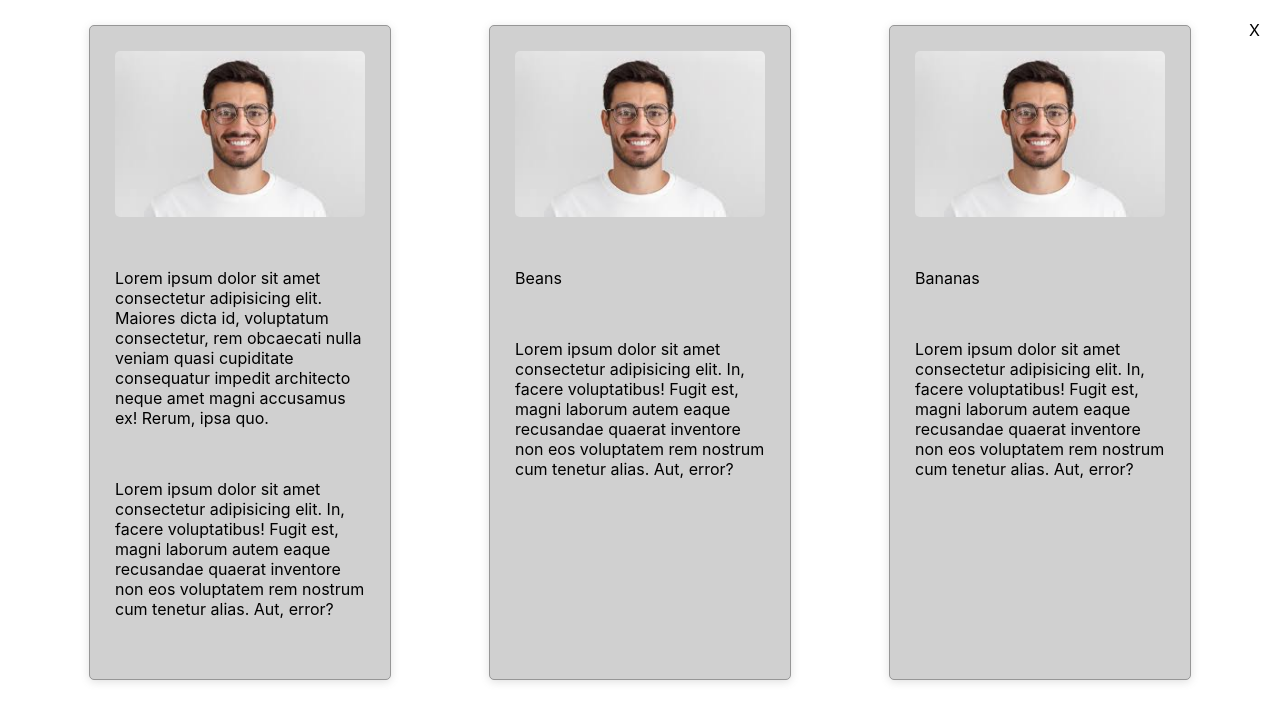
Repository: mikelnorth/team-profile-demo
Page: /
The author's editor kept a copy of each file at every save. The page is drawn from the files as they stood at one save, then again after the next save.
The browser window is 1280 px wide. The pictures show the whole page.
The project was rebuilt for these pictures with package versions that can differ from the ones it lists, and the page was loaded fresh each time. Also part of the build but not shown: src/pages/Person.js.

Above is the page before, as saved 2022-05-19 21:02:33.

### src/index.js
import React from 'react';
import ReactDOM from 'react-dom/client';
import { BrowserRouter, Routes, Route } from 'react-router-dom';
import './index.css';
import People from './pages/People';
import Person from './pages/Person';
import reportWebVitals from './reportWebVitals';
import Layout from './Layout/Layout'

const root = ReactDOM.createRoot(document.getElementById('root'));
root.render(
  <React.StrictMode>
    <BrowserRouter>
      <Routes>
        <Route element={<Layout />}>
          <Route path="/" element={<People />}/>
          <Route path="/person/:id" element={<Person />}/>
        </Route>
      </Routes>
    </BrowserRouter>
  </React.StrictMode>
);

// If you want to start measuring performance in your app, pass a function
// to log results (for example: reportWebVitals(console.log))
// or send to an analytics endpoint. Learn more: https://bit.ly/CRA-vitals
reportWebVitals();

### src/pages/People.js
import { useState } from 'react';
import './People.scss';
import Card from '../components/Card';
import { getPeople } from '../api/personApi.js';
import React from 'react';

function People() {

  const [people] = useState(getPeople());

  return (
    <>

        {people.map((person) => {
          return <Card person={person}></Card>
        })}

    </>
  );
}

export default People;

### src/Layout/Layout.js
import React from 'react'
import './Layout.scss'
import { Outlet } from 'react-router'


export default function Layout() {
  return (
    <>
      <nav className="nav">X</nav>
      <main>
        <Outlet />
      </main>
    </>
  )
}

### src/components/Card.js
import headshot from "../assets/images/stock-head.jpeg";
import './Card.scss';

export default function Card({person}) {
  const {id, image, text} = person;

  return (
    <section className="card" key={id}>
      <img src={image} alt="headshot" />
      <p>
        {text}
      </p>
      <p>
        Lorem ipsum dolor sit amet consectetur adipisicing elit. In, facere
        voluptatibus! Fugit est, magni laborum autem eaque recusandae quaerat
        inventore non eos voluptatem rem nostrum cum tenetur alias. Aut, error?
      </p>
    </section>
  );
}

### src/api/personApi.js
import headshot from "../assets/images/stock-head.jpeg"

const people = [
  {
    id: 1,
    image: headshot,
    text: "Lorem ipsum dolor sit amet consectetur adipisicing elit. Maiores dicta id, voluptatum consectetur, rem obcaecati nulla veniam quasi cupiditate consequatur impedit architecto neque amet magni accusamus ex! Rerum, ipsa quo."
  },
  {
    id: 2,
    image: headshot,
    text: "Beans"
  },
  {
    id: 3,
    image: headshot,
    text: "Bananas"
  }
];

export function getPeople() {
  return people;
}

export function getPerson(id) {
  return people.find(person => person.id === +id);
}

### src/Layout/Layout.scss
nav {
  position: absolute;
  top: 20px;
  right: 20px;
}

main {
  display: flex;
  justify-content: space-around;
  max-width: 1200px;
  margin: auto;
  padding: 25px;
}

### src/components/Card.scss
.card {
  display: flex;
  flex-direction: column;
  width: 250px;
  padding: 25px;
  background-color: #d0d0d0;
  border: 1px solid #969696;
  border-radius: 5px;
  box-shadow: rgba(99, 99, 99, 0.2) 0px 2px 8px 0px;

  img {
    border-radius: 5px;
  }

  p, img {
    margin-bottom: 35px;
  }
}

Loaded but not shown: public/index.html (common file); src/index.css (common file); src/reportWebVitals.js (common file); src/pages/People.scss (no stored copy; drawn as an empty file)

After the next save:
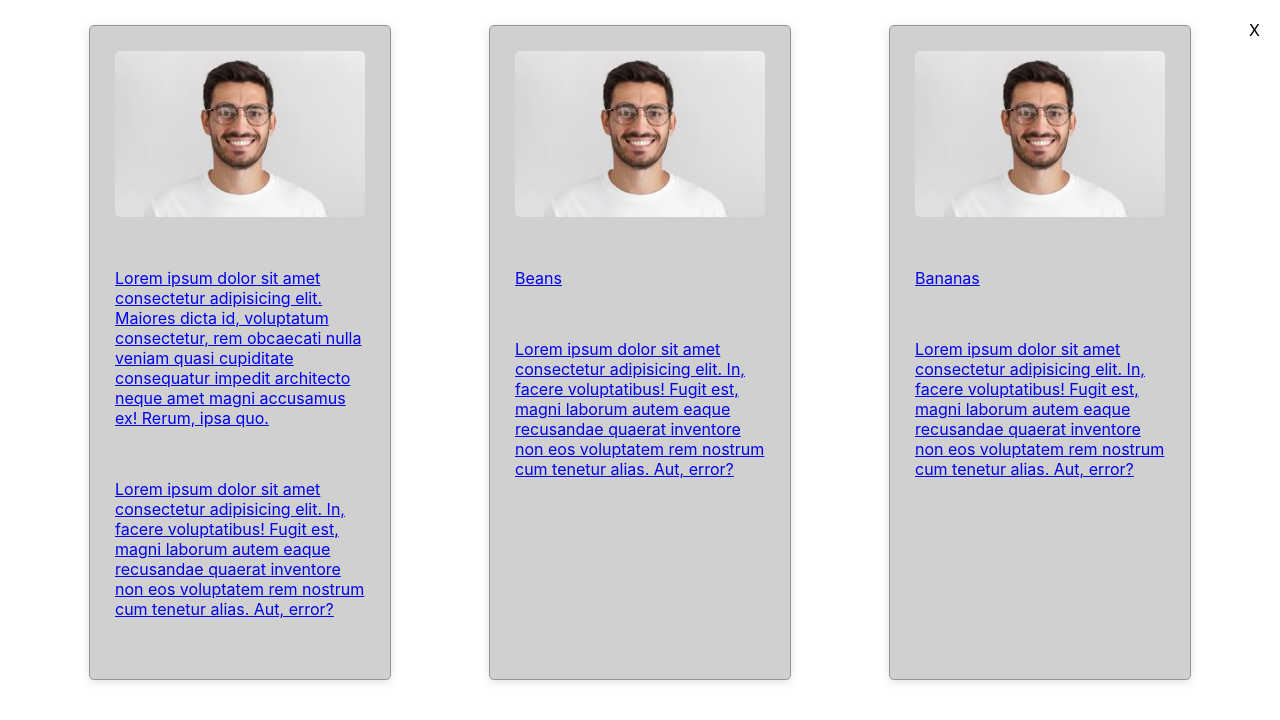
Saved 46 s later.
--- a/src/components/Card.js
+++ b/src/components/Card.js
@@ -1,3 +1,4 @@
+import { Link } from "react-router-dom";
 import headshot from "../assets/images/stock-head.jpeg";
 import './Card.scss';
 
@@ -5,7 +6,7 @@ export default function Card({person}) {
   const {id, image, text} = person;
 
   return (
-    <section className="card" key={id}>
+    <Link className="card" key={id}>
       <img src={image} alt="headshot" />
       <p>
         {text}
@@ -15,6 +16,6 @@ export default function Card({person}) {
         voluptatibus! Fugit est, magni laborum autem eaque recusandae quaerat
         inventore non eos voluptatem rem nostrum cum tenetur alias. Aut, error?
       </p>
-    </section>
+    </Link>
   );
 }
